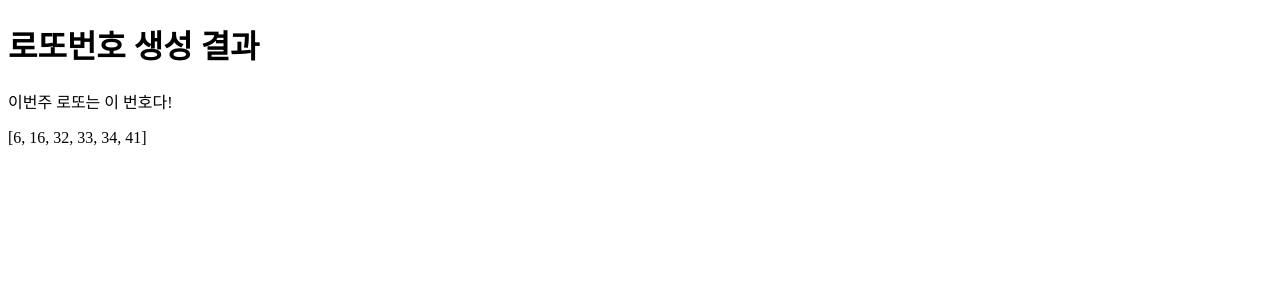
Repository: HeeMang28/jsp
Page: http://localhost/JSPBasic/jsptag/tag_quiz03.jsp
An editor plug-in stored every save of this project. The page is shown before and after the next save, followed by the edit.
The browser window is 1280 px wide. The pictures show the whole page.
The page is served by Tomcat 9. Other server files are loaded and not shown.

Above is the page before, as saved 2022-03-24 08:49:19.

### JSPBasic/src/main/webapp/jsptag/tag_quiz03.jsp
<%@page import="java.util.*"%>
<%@ page language="java" contentType="text/html; charset=UTF-8"
    pageEncoding="UTF-8"%>
<!DOCTYPE html>
<html>
<head>
<meta charset="UTF-8">
<title>Insert title here</title>
</head>
<body>
<%
	List<Integer> lotto = new ArrayList();

	int getNum = 0;

	while(lotto.size() != 6){
		getNum = (int)(Math.random() * 45) + 1;
		if(!lotto.contains(getNum)){
			lotto.add(getNum);
		}
	}
	Collections.sort(lotto);
%>
	<h1> 로또번호 생성 결과 </h1>
	<p> 이번주 로또는 이 번호다! </p>
	<%= lotto %>
</body>
</html>

After the next save:
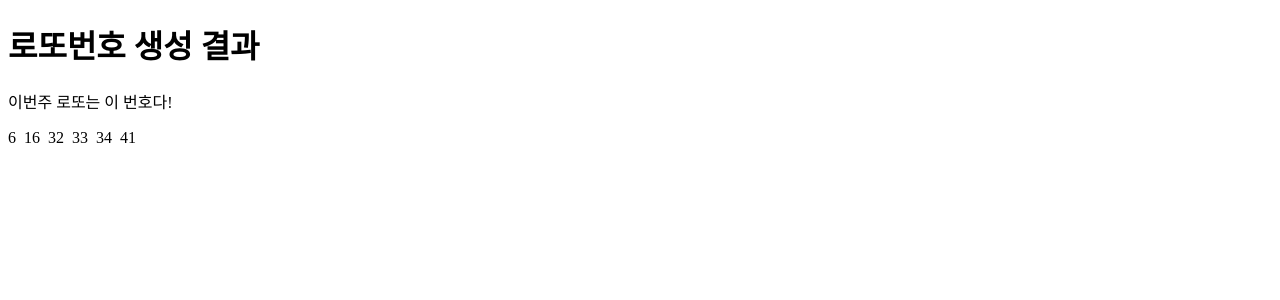
Saved 32 min 31 s later.
--- a/JSPBasic/src/main/webapp/jsptag/tag_quiz03.jsp
+++ b/JSPBasic/src/main/webapp/jsptag/tag_quiz03.jsp
@@ -9,20 +9,28 @@
 </head>
 <body>
 <%
-	List<Integer> lotto = new ArrayList();
-
-	int getNum = 0;
-
-	while(lotto.size() != 6){
-		getNum = (int)(Math.random() * 45) + 1;
-		if(!lotto.contains(getNum)){
-			lotto.add(getNum);
+	List<Integer> lotto = new ArrayList<>();
+	while(true){
+		int rn = (int)(Math.random() * 45) +1;
+		//contains() : 리스트 내부에 해당 객체가 존재하면 true를 리턴.
+		if(!lotto.contains(rn)) {
+			lotto.add(rn);
+		}
+		if(lotto.size() == 6){
+			break;
 		}
 	}
+	// 리스트 오름차 정렬방법.
 	Collections.sort(lotto);
 %>
 	<h1> 로또번호 생성 결과 </h1>
 	<p> 이번주 로또는 이 번호다! </p>
-	<%= lotto %>
+	<%
+		for(Integer num : lotto){
+			out.println(num + "&nbsp;");
+			Thread.sleep(700); // CPU를 잠시 멈추는 코드
+			out.flush(); // 브라우저의 출력 버퍼를  비우는 메서드
+		}
+	%>
 </body>
 </html>
